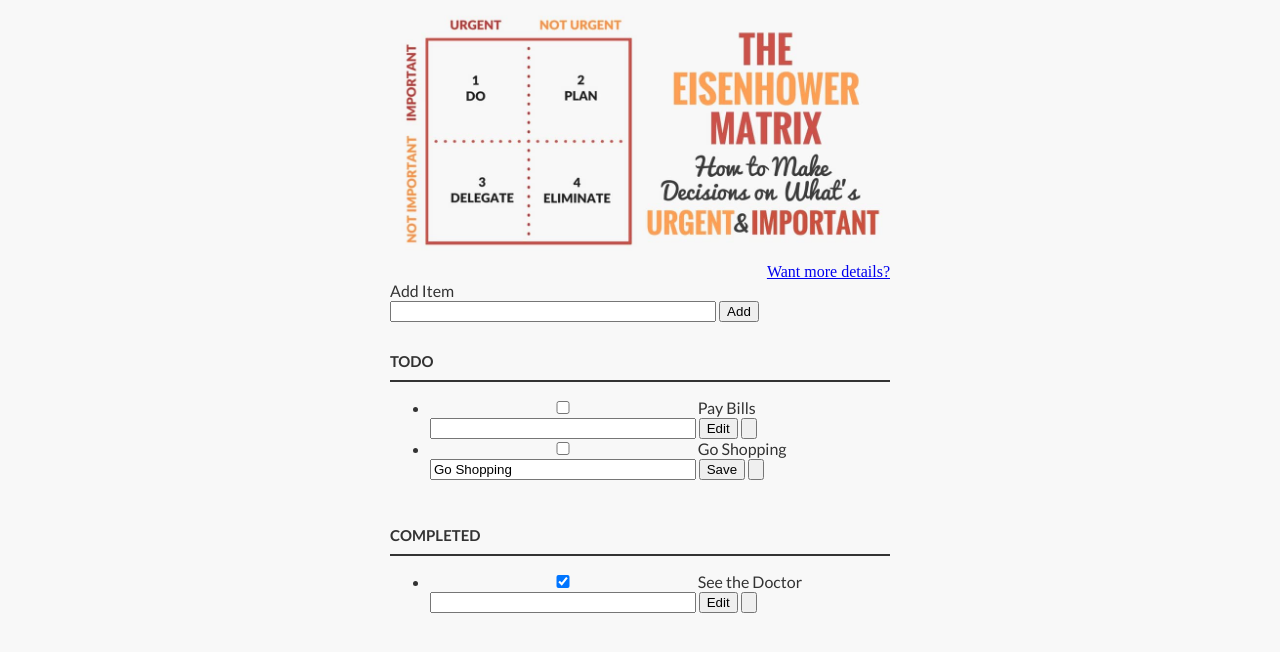
Repository: dev1siWoo/clean-code-s1e1
Page: index.html
An editor plug-in stored every save of this project. The page is shown before and after a run of saves, followed by the edit.
The browser window is 1280 px wide. The pictures show the whole page.

Above is the page before, as saved 2024-01-08 23:27:35.
Console error: TypeError: Cannot set properties of null (setting 'onchange')

### index.html
<!DOCTYPE html>
<html>
    <head>
        <title>Todo App</title>
        <link
            href="https://fonts.googleapis.com/css?family=Lato:300,400,700"
            rel="stylesheet"
        >
        <link
            rel="stylesheet"
            href="style.css"
            media="screen"
            charset="utf-8"
        >
    </head>
    <body class="page">
        <header class="header">
            <img class="header__logo" src="./eisenhower-matrix.jpg" alt="eisenhower-matrix">
            <a class="header__info" href="https://goal-life.com/page/method/matrix-eisenhower">Want more details?</a>
        </header>
        <main class="main">
            <section id="adding-section">
                <label class="add-section" for="new-task">Add Item</label>
                <div class="add-section-wrapper">
                    <input id="new-task" class="input_add" type="text">
                    <button class="button_add">Add</button>
                </div>
            </section>
            <h2 class="subtitle">Todo</h2>
            <ul id="incomplete-tasks" class="task-list">
                <li class="task">
                    <input class="mark" type="checkbox">
                    <label class="title">Pay Bills</label>
                    <input type="text" class="input_edit">
                    <button class="button_edit">Edit</button>
                    <button class="button_delete">
                        <img class="button_img" src="./remove.svg" alt="delete button">
                    </button>
                </li>
                <li class="edit">
                    <input class="mark" type="checkbox">
                    <label class="title">Go Shopping</label>
                    <input type="text" value="Go Shopping" class="input_edit">
                    <button class="button_edit">Save</button>
                    <button class="button_delete">
                        <img class="button_img" src="./remove.svg" alt="delete button">
                    </button>
                </li>
            </ul>
            <h2 class="subtitle">Completed</h2>
            <ul id="completed-tasks" class="task-list">
                <li class="task">
                    <input class=mark" type="checkbox" checked>
                    <label class="title">See the Doctor</label>
                    <input type="text" class="input_edit">
                    <button class="button_edit">Edit</button>
                    <button class="button_delete">
                        <img class="button_img" src="./remove.svg" alt="delete button">
                    </button>
                </li>
            </ul>
        </main>
        <script src="app.js"></script>
    </body>
</html>

### style.css
/* Basic Style */
.page {
  background-color: #f8f8f8;
  color: #333;
  font-family: Lato, sans-serif;
}

.header {
  width: 500px;
  margin: 0 auto;
  display: block;
  text-align: right;
}

.header__logo {
  width: 100%;
}

.header__info {
  font-family: fantasy, cursive;
}

@media (max-width: 768px) {
  .header {
    text-align: center;
  }
}

.main {
  display: block;
  width: 500px;
  margin: 0 auto 0;
}

title,
input {
  width: 56%;
  display: inline-block;
  flex-grow: 1;
}

.adding-wrapper {
  display: flex;
}

.list {
  margin: 0;
  padding: 0px;
}

.list-item,
.subtitle {
  list-style: none;
}

.input,
.button{
  outline: none;
}

.button {
  background: none;
  border: 0px;
  color: #888;
  font-size: 15px;
  width: 60px;
  font-family: Lato, sans-serif;
  cursor: pointer;
}

.button:hover {
  color: #3a3a3a;
}

/* Heading */
.subtitle,
.label[for="new-task"] {
  color: #333;
  font-weight: 700;
  font-size: 15px;
  border-bottom: 2px solid #333;
  padding: 30px 0 10px;
  margin: 0;
  text-transform: uppercase;
}

.input[type="text"] {
  margin: 0;
  font-size: 18px;
  line-height: 18px;
  height: 21px;
  padding: 0 9px;
  border: 1px solid #ddd;
  background: #fff;
  border-radius: 6px;
  font-family: Lato, sans-serif;
  color: #888;
}

.input[type="text"]:focus {
  color: #333;
}

/* New Task */
.label[for="new-task"] {
  display: block;
  margin: 0 0 20px;
}

#new-task {
  width: 318px;
}

/* Task list */
.list-item {
  overflow: hidden;
  padding: 20px 0;
  border-bottom: 1px solid #eee;
  display: flex;
  justify-content: space-between;
  align-items: center;
}

.list-item > * {
  vertical-align: middle;
}

.list-item > .input[type="checkbox"] {
  margin: 0 10px;
}

.list-item > .label {
  padding-left: 10px;
  box-sizing: border-box;
  font-size: 18px;
  width: 226px;
}

.list-item >    .input[type="text"] {
  width: 226px;
}

.delete-img {
  height: 2em;
  transform: rotateZ(45deg);
  transition: transform 200ms ease-in;
}

.delete-img:hover {
  transform: rotateZ(0);
}

/* Completed */
#completed-tasks .label {
  text-decoration: line-through;
  color: #888;
}

/* Edit Task */
.list-item .input[type="text"] {
  display: none;
}

.list-item.edit-mode .input[type="text"] {
  display: inline-block;
  width: 224px;
}

.list-item.edit-mode .label {
  display: none;
}

### app.js
//Document is the DOM can be accessed in the console with document.window.
// Tree is from the top, html, body, p etc.

//Problem: User interaction does not provide the correct results.
//Solution: Add interactivity so the user can manage daily tasks.
//Break things down into smaller steps and take each step at a time.


// Event handling, user interaction is what starts the code execution.

var taskInput=document.getElementById("new-task");//Add a new task.
var addButton=document.querySelector(".button_add");//add button
var incompleteTaskHolder=document.getElementById("incomplete-tasks");//ul of #incomplete-tasks
var completedTasksHolder=document.getElementById("completed-tasks");//completed-tasks


//New task list item
var createNewTaskElement=function(taskString){

    var listItem=document.createElement("li");

    //input (checkbox)
    var checkBox=document.createElement("input");//checkbx
    //label
    var label=document.createElement("label");//label
    //input (text)
    var editInput=document.createElement("input");//text
    //button.edit
    var editButton=document.createElement("button");//edit button

    //button.delete
    var deleteButton=document.createElement("button");//delete button
    var deleteButtonImg=document.createElement("img");//delete button image

    listItem.className="task"

    label.innerText=taskString;
    label.className="title";

    //Each elements, needs appending
    checkBox.type="checkbox";
    checkBox.className="mark";
    editInput.type="text";
    editInput.className="input_edit";

    editButton.innerText="Edit"; //innerText encodes special characters, HTML does not.
    editButton.className="button_edit";

    deleteButton.className="button_delete";
    deleteButtonImg.src='./remove.svg';
    deleteButtonImg.className="button_img";
    deleteButtonImg.setAttribute('alt', 'delete button');
    deleteButton.appendChild(deleteButtonImg);


    //and appending.
    listItem.appendChild(checkBox);
    listItem.appendChild(label);
    listItem.appendChild(editInput);
    listItem.appendChild(editButton);
    listItem.appendChild(deleteButton);
    return listItem;
}



var addTask=function(){
    console.log("Add Task...");
    //Create a new list item with the text from the #new-task:
    if (!taskInput.value) return;
    var listItem=createNewTaskElement(taskInput.value);

    //Append listItem to incompleteTaskHolder
    incompleteTaskHolder.appendChild(listItem);
    bindTaskEvents(listItem, taskCompleted);

    taskInput.value="";

}

//Edit an existing task.

var editTask=function(){
    console.log("Edit Task...");
    console.log("Change 'edit' to 'save'");


    var listItem=this.parentNode;

    var editInput=listItem.querySelector('.input_edit');
    var label=listItem.querySelector(".title");
    var editBtn=listItem.querySelector(".button_edit");
    var containsClass=listItem.classList.contains("edit");
    //If class of the parent is .edit
    if(containsClass){

        //switch to .edit
        //label becomes the inputs value.
        label.innerText=editInput.value;
        editBtn.innerText="Edit";
    }else{
        editInput.value=label.innerText;
        editBtn.innerText="Save";
    }

    //toggle .edit on the parent.
    listItem.classList.toggle("edit");
};


//Delete task.
var deleteTask=function(){
    console.log("Delete Task...");

    var listItem=this.parentNode;
    var ul=listItem.parentNode;
    //Remove the parent list item from the ul.
    ul.removeChild(listItem);

}


//Mark task completed
var taskCompleted=function(){
    console.log("Complete Task...");

    //Append the task list item to the #completed-tasks
    var listItem=this.parentNode;
    completedTasksHolder.appendChild(listItem);
    bindTaskEvents(listItem, taskIncomplete);

}


var taskIncomplete=function(){
    console.log("Incomplete Task...");
//Mark task as incomplete.
    //When the checkbox is unchecked
    //Append the task list item to the #incomplete-tasks.
    var listItem=this.parentNode;
    incompleteTaskHolder.appendChild(listItem);
    bindTaskEvents(listItem,taskCompleted);
}



var ajaxRequest=function(){
    console.log("AJAX Request");
}

//The glue to hold it all together.


//Set the click handler to the addTask function.
addButton.onclick=addTask;
addButton.addEventListener("click",addTask);
addButton.addEventListener("click",ajaxRequest);


var bindTaskEvents=function(taskListItem,checkBoxEventHandler){
    console.log("bind list item events");
//select ListItems children
    var checkBox=taskListItem.querySelector(".mark");
    var editButton=taskListItem.querySelector(".button_edit");
    var deleteButton=taskListItem.querySelector(".button_delete");


    //Bind editTask to edit button.
    editButton.onclick=editTask;
    //Bind deleteTask to delete button.
    deleteButton.onclick=deleteTask;
    //Bind taskCompleted to checkBoxEventHandler.
    checkBox.onchange=checkBoxEventHandler;
}

//cycle over incompleteTaskHolder ul list items
//for each list item
for (var i=0; i<incompleteTaskHolder.children.length;i++){

    //bind events to list items chldren(tasksCompleted)
    bindTaskEvents(incompleteTaskHolder.children[i],taskCompleted);
}




//cycle over completedTasksHolder ul list items
for (var i=0; i<completedTasksHolder.children.length;i++){
    //bind events to list items chldren(tasksIncompleted)
    bindTaskEvents(completedTasksHolder.children[i],taskIncomplete);
}




// Issues with usability don't get seen until they are in front of a human tester.

//prevent creation of empty tasks.

//Change edit to save when you are in edit mode.

After the next 2 saves:
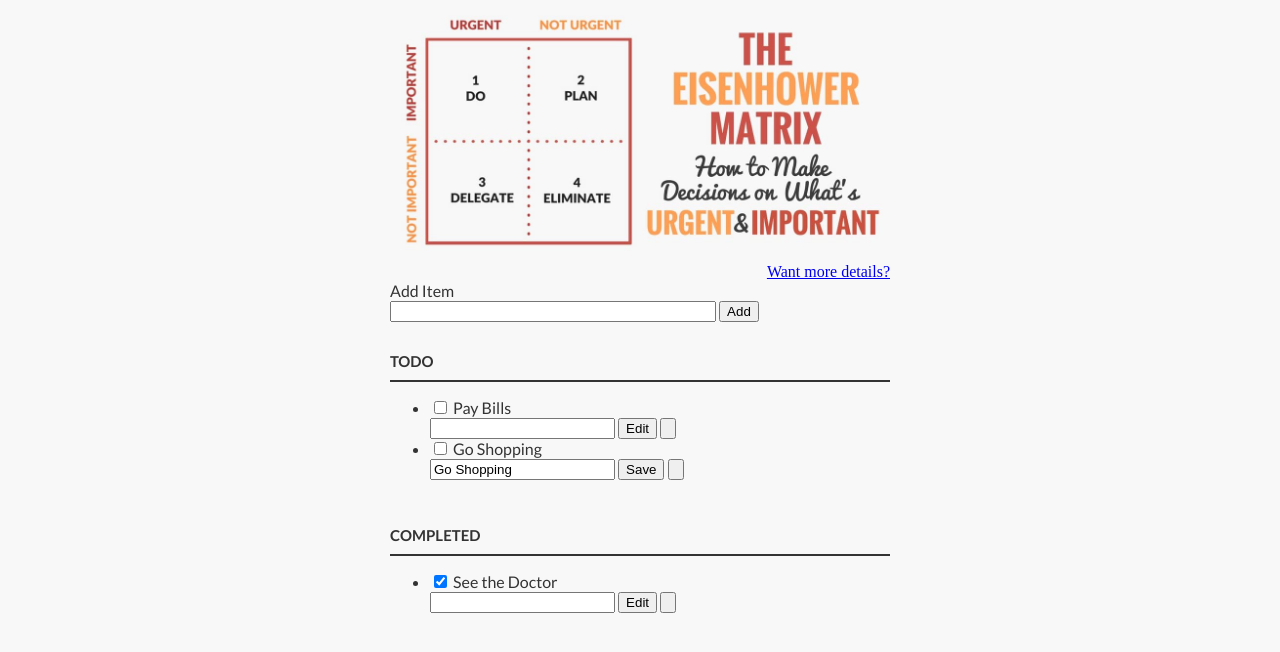
The 2 saves are shown as one change because they came seconds apart.
The last was saved 6 s later.
--- a/style.css
+++ b/style.css
@@ -32,8 +32,8 @@
   margin: 0 auto 0;
 }
 
-title,
-input {
+.title,
+.input {
   width: 56%;
   display: inline-block;
   flex-grow: 1;
